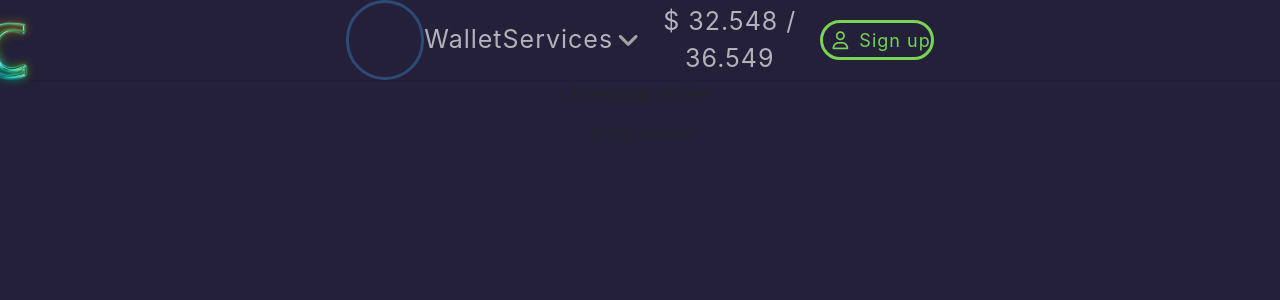
Repository: YuriyBen/Corzbank
Page: / (app in Corzbank.Web/ClientApp/)
An editor plug-in stored every save of this project. The page is shown before and after the next save, followed by the edit.
The browser window is 1280 px wide. The pictures show the whole page.
Some web libraries are served in a nearby version. The project was rebuilt for these pictures with package versions that can differ from the ones it lists, and the page was loaded fresh each time. Also part of the build but not shown: Corzbank.Web/ClientApp/angular.json.

Above is the page before, as saved 2022-05-19 22:32:30.

### Corzbank.Web/ClientApp/src/index.html
<!DOCTYPE html>
<html lang="en">
  <head>
    <meta charset="utf-8" />
    <title>Corzbank.Web</title>
    <base href="/" />

    <meta name="viewport" content="width=device-width, initial-scale=1" />
    <link rel="icon" type="image/x-icon" href="favicon.ico" />

    <script src="https://kit.fontawesome.com/61ebb60581.js" crossorigin="anonymous"></script>
  </head>
  <body>
    <app-root>Loading...</app-root>
  </body>
</html>

### Corzbank.Web/ClientApp/src/styles.css
/* You can add global styles to this file, and also import other style files */

/* Provide sufficient contrast against white background */
a {
  color: #0366d6;
}

code {
  color: #e01a76;
}

.btn-primary {
  color: #fff;
  background-color: #1b6ec2;
  border-color: #1861ac;
}
body{
  display: block;
  text-align: -webkit-center;
  background-color: #24203A;
}
.main{
 /* background-color: red; */
  padding: 0;
  width: 85%;
}

### Corzbank.Web/ClientApp/src/app/app.module.ts
import { BrowserModule } from '@angular/platform-browser';
import { NgModule } from '@angular/core';
import { FormsModule } from '@angular/forms';
import { HttpClientModule, HTTP_INTERCEPTORS } from '@angular/common/http';
import { RouterModule } from '@angular/router';

import { AppComponent } from './app.component';
import { HomepageComponent } from './homepage/homepage.component';
import { HeaderComponent } from './header/header.component';
import { FooterComponent } from './footer/footer.component';

@NgModule({
  declarations: [
    AppComponent,
    HomepageComponent,
    HeaderComponent,
    FooterComponent
  ],
  imports: [
    BrowserModule.withServerTransition({ appId: 'ng-cli-universal' }),
    HttpClientModule,
    FormsModule,
    RouterModule.forRoot([
      { path: '', component: HomepageComponent, pathMatch: 'full' },
    ])
  ],
  providers: [],
  bootstrap: [AppComponent]
})
export class AppModule { }

### Corzbank.Web/ClientApp/src/app/app.component.html
<body>
  <app-header></app-header>
  <div class="container">
    <router-outlet></router-outlet>
  </div>
  <app-footer></app-footer>
</body>

### Corzbank.Web/ClientApp/src/app/homepage/homepage.component.html
<p>homepage works!</p>

### Corzbank.Web/ClientApp/src/app/header/header.component.html
<div class="navbar">
    <div class="navbar-block">
        <div class="left-block">
            <div class="circle">

            </div>
            <div class="logo">
                <img src="assets/photos/logo.png" alt="logo">
            </div>
            <span>Wallet</span>
            <div class="services">
                <span>Services</span>
                <i class="fa fa-angle-down"></i>
            </div>
        </div>
        <div class="right-block">
            <div class="exchange">
                <span>$ 32.548 / 36.549</span>
            </div>
            <div class="account">
                <i class="far fa-user"></i>
                <p>Sign up</p>
            </div>
        </div>
    </div>
</div>
<hr>

### Corzbank.Web/ClientApp/src/app/header/header.component.scss
*{
    padding: 0;
    margin: 0;
    box-sizing: border-box;
}
.navbar{
    // background-color: green;
    display: flex;
    justify-content: center;
}
.navbar-block{
    height: 100px;
    display: contents;
    align-items: center;
    font-size: 25px;
    letter-spacing: 1px;
}
.left-block , .right-block{
    display: flex;
    justify-content: space-between;
    width: 23%;
    align-items: baseline;
    align-items: center;
}
.navbar span{
    color: white;
    opacity: 65%;
}
.left-block .circle{
    background: transparent;
    border-radius: 50px;
    border: 3px solid #2D4A74;
    height: 80px;
    width: 80px;
    position: relative;
}
.left-block img{
    width: 100px;
    position: absolute;
    right: 95.7%;
    top: 0%;
}
.left-block .services{
    display: flex;
    width: 140px;
    justify-content: space-between;
    align-items: center;
}
.right-block .account{
    display: -webkit-inline-box;
    width: 140px;
    height: 40px;
    -webkit-box-align: center;
    border-radius: 32px;
    background: transparent;
    border: 3px solid #77D353;
    padding: 0 10px;
    -webkit-box-pack: center;
    font-size: 18px;

}
.account p, .far{
    color: #77D353;
}
.services i{
    color: #a1a1a1;
}
.account .far{
    margin-right: 10px;
}

Loaded but not shown: Corzbank.Web/ClientApp/src/main.ts (common file); Corzbank.Web/ClientApp/src/environments/environment.ts (common file); Corzbank.Web/ClientApp/src/app/app.component.ts (common file); Corzbank.Web/ClientApp/src/app/homepage/homepage.component.ts (common file); Corzbank.Web/ClientApp/src/app/header/header.component.ts (common file); Corzbank.Web/ClientApp/src/app/footer/footer.component.ts (common file); Corzbank.Web/ClientApp/src/app/footer/footer.component.html (common file); Corzbank.Web/ClientApp/src/app/footer/footer.component.scss (no stored copy; drawn as an empty file); Corzbank.Web/ClientApp/src/app/homepage/homepage.component.scss (no stored copy; drawn as an empty file)

After the next save:
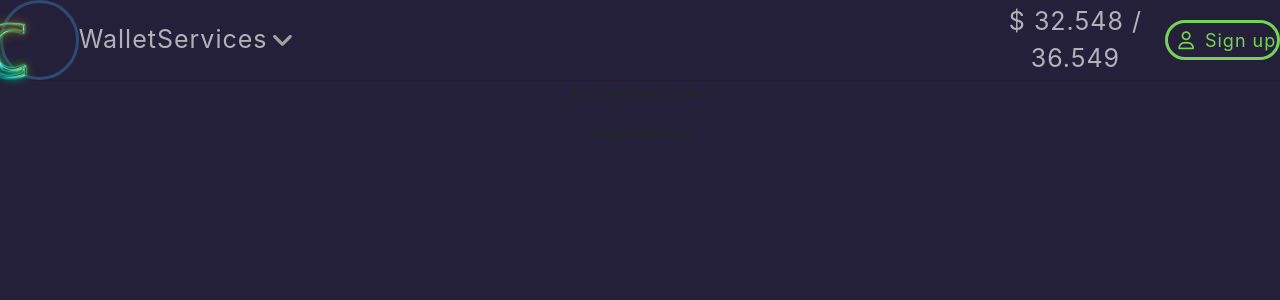
Saved 93 s later.
--- a/Corzbank.Web/ClientApp/src/app/header/header.component.scss
+++ b/Corzbank.Web/ClientApp/src/app/header/header.component.scss
@@ -5,8 +5,8 @@
 }
 .navbar{
     // background-color: green;
-    display: flex;
-    justify-content: center;
+    // display: flex;
+    // justify-content: center;
 }
 .navbar-block{
     height: 100px;
